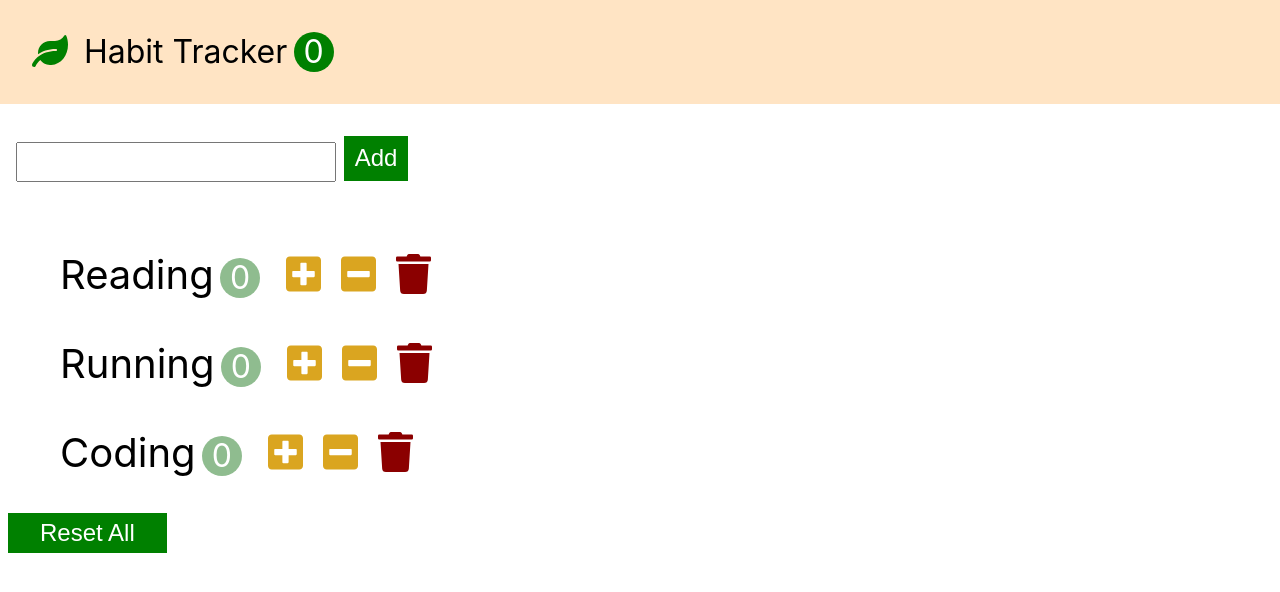
Repository: keehoonjung/react-habit-tracker
Page: / (app in react/habit-tracker/)
The author's editor kept a copy of each file at every save. The page is drawn from the files as they stood at one save, then again after the next save.
The browser window is 1280 px wide. The pictures show the whole page.
The project was rebuilt for these pictures with package versions that can differ from the ones it lists, and the page was loaded fresh each time.

Above is the page before, as saved 2021-08-30 19:35:05.

After the next save:
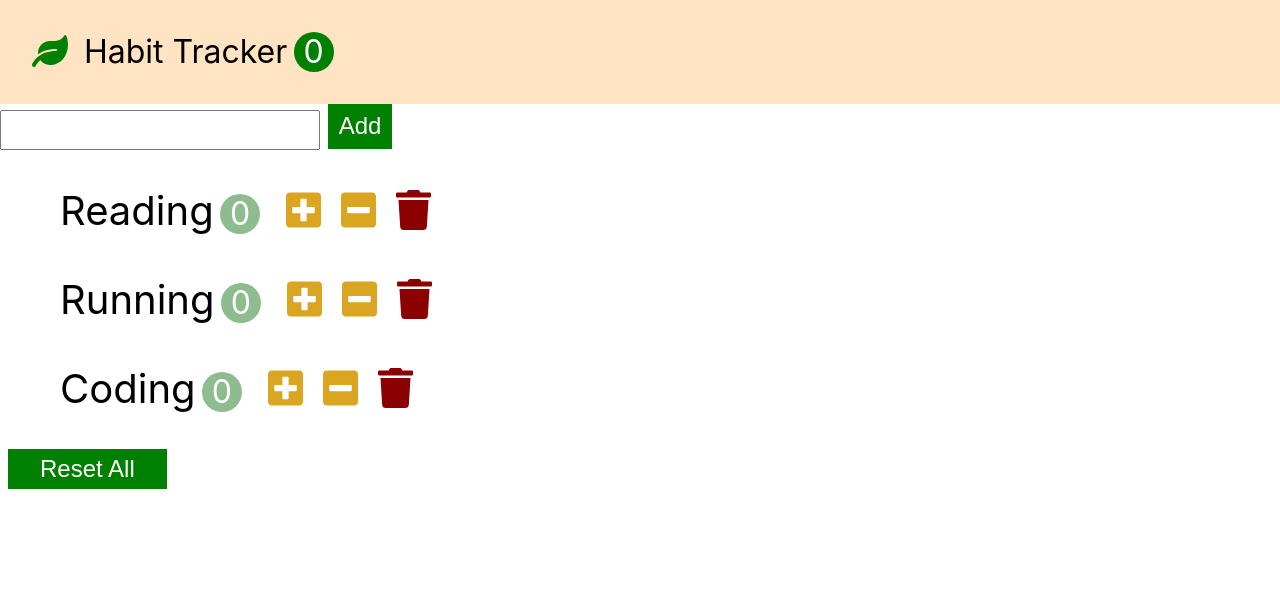
Saved 5 s later.
--- a/react/habit-tracker/src/app.css
+++ b/react/habit-tracker/src/app.css
@@ -32,7 +32,7 @@ button {
   border-radius: 50%;
 }
 
-.input-form {
+.add-form {
   width: 100%;
   padding: 2rem 1rem;
 }

After the save that followed:
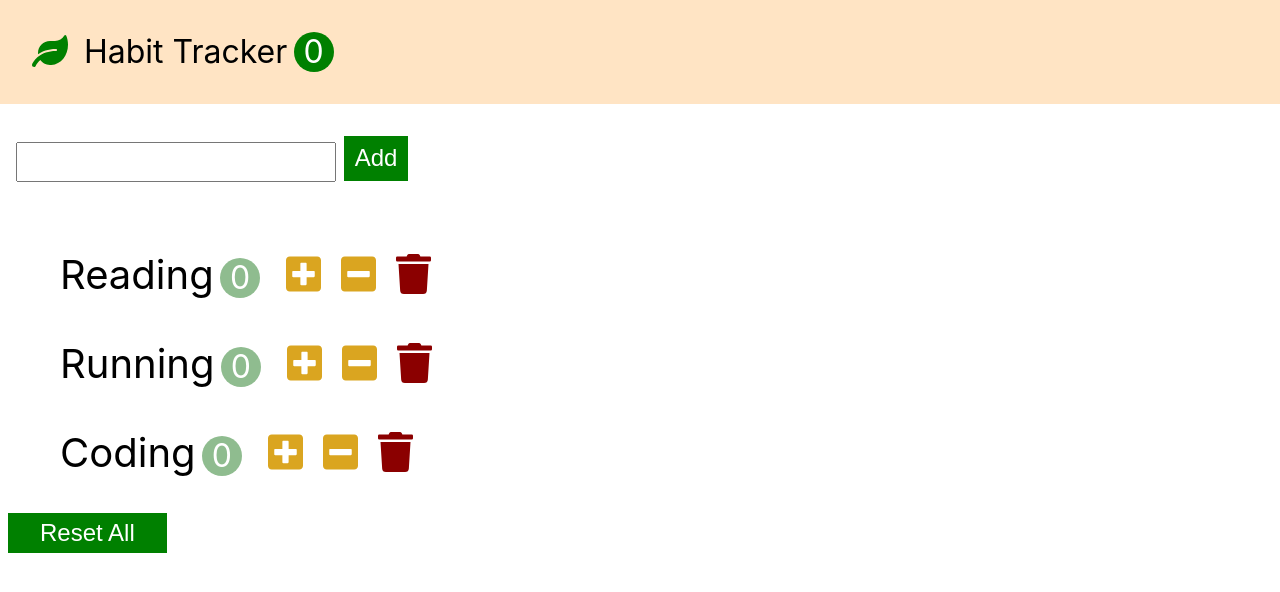
Saved 5 s later.
--- a/react/habit-tracker/src/app.jsx
+++ b/react/habit-tracker/src/app.jsx
@@ -60,7 +60,7 @@ class App extends Component {
             this.state.habits.filter((habit) => habit.count > 0).length
           }
         />
-        <form className="input-form">
+        <form className="add-form">
           <input type="text" className="input" />
           <button className="habit-input" onClick={this.addItem}>
             Add
